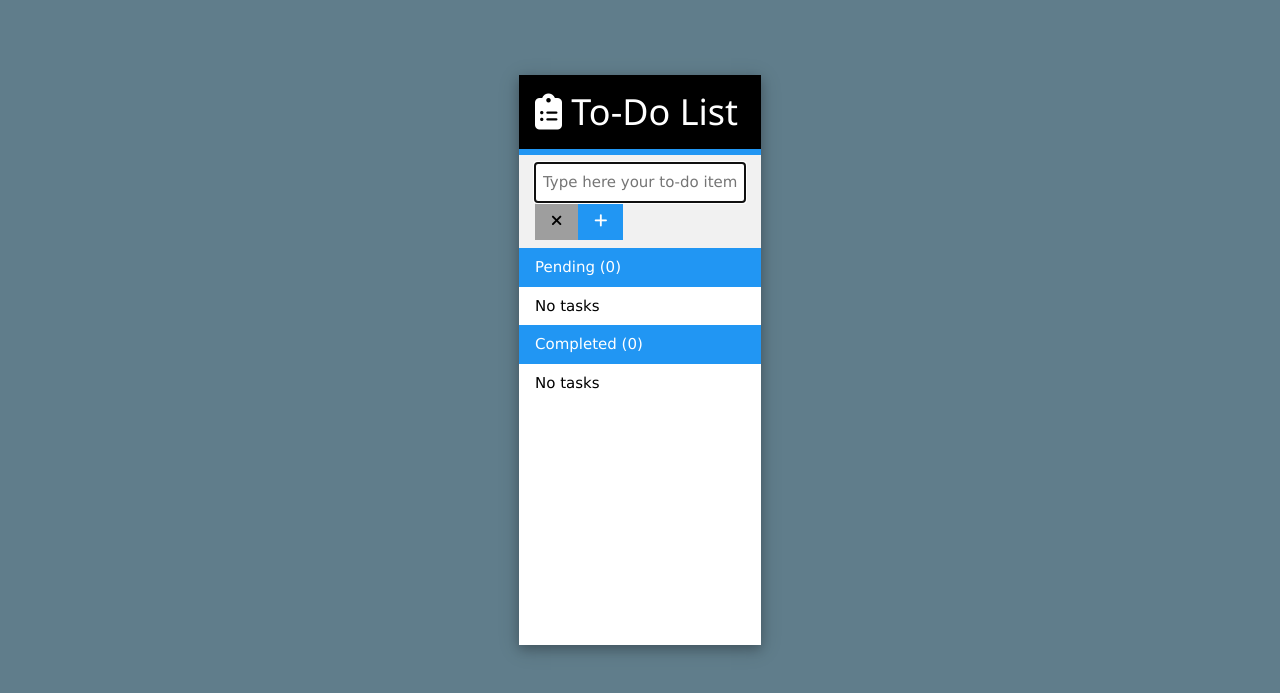
Repository: bclover/vue3-design-patterns-book
Page: /
An editor plug-in stored every save of this project. The page is shown before and after the next save, followed by the edit.
The browser window is 1280 px wide. The pictures show the whole page.
The project was rebuilt for these pictures with package versions that can differ from the ones it lists, and the page was loaded fresh each time. Also part of the build but not shown: vite.config.ts.

Above is the page before, as saved 2023-06-19 21:07:34.

### index.html
<!DOCTYPE html>
<html lang="en">
    <head>
        <meta charset="UTF-8" />
        <link rel="icon" type="image/svg+xml" href="/vite.svg" />
        <link rel="stylesheet" href="/css/w3.css" />
        <link rel="stylesheet" href="/css/fontawesome.min.css" />
        <link rel="stylesheet" href="/css/solid.min.css" />
        <link rel="stylesheet" href="/css/brands.min.css" />
        <meta name="viewport" content="width=device-width, initial-scale=1.0" />
        <title>To Do</title>
    </head>
    <body>
        <div id="app"></div>
        <script type="module" src="/src/main.ts"></script>
    </body>
</html>

### src/App.vue
<script lang="ts" setup>
import ToDos from './components/ToDos.vue';
</script>

<template>
  <div class="app w3-blue-gray">
    <ToDos></ToDos>
  </div>
</template>

<style scoped>
.app {
  display: flex;
  justify-content: center;
  width: 100vw;
  min-height: 100vh;
  padding: 5rem;
}
</style>

### src/components/ToDos.vue
<script lang="ts" setup>
import { computed, ComputedRef, Ref, ref, WritableComputedRef } from 'vue';

interface ToDo {
  id: number;
  text: Ref<string>;
  checked: boolean;
}

const _todo_value = ref('');
const _todo_text: WritableComputedRef<Ref<string>> = computed({
  get: () => _todo_text.value,
  set: (newValue: Ref<string>) => {
    _todo_value.value = newValue.value;
  },
});
const _todo_list: ComputedRef<Array<ToDo>> = computed(() => []);
const _pending = computed(() => {
  return _todo_list.value.filter((todo) => !todo.checked);
});
const _done = computed(() => {
  return _todo_list.value.filter((todo) => todo.checked);
});
function clearToDo(): void {
  _todo_text.value = _todo_value;
}
function addToDo() {
  console.log('addToDo =>');
  const date = new Date();
  const todo: ToDo = {
    id: date.valueOf(),
    text: _todo_text.value,
    checked: false,
  };
  console.log('todo =>', todo);
  console.log('_todo_list.value =>', _todo_list.value);
  _todo_list.value.push(todo);
  console.log('_todo_list.value AFTER =>', _todo_list.value);
  clearToDo();
}
</script>

<template>
  <div class="todo-container w3-white w3-card-4">
    <!-- Header -->
    <div class="w3-container w3-black w3-margin-0 w3-bottombar w3-border-blue">
      <h1>
        <i class="fa-solid fa-clipboard-list"></i>
        To-Do List
      </h1>
    </div>

    <!-- Remove & Add Buttons -->
    <div class="w3-container flex-container w3-light-gray w3-padding">
      <input
        class="w3-input w3-border-0"
        type="text"
        autofocus
        v-model="_todo_text"
        @keyup.enter="addToDo()"
        placeholder="Type here your to-do item..."
      />
      <button class="w3-button w3-gray" @click="clearToDo()">
        <i class="fa-solid fa-times"></i>
      </button>
      <button class="w3-button w3-blue" @click="addToDo()">
        <i class="fa-solid fa-plus"></i>
      </button>
    </div>

    <!-- Pending Todos Heading -->
    <div class="w3-padding w3-blue">Pending ({{ _pending.length }})</div>
    {{ _todo_list.value }}
    <!-- List of Pending Todos -->
    <div class="w3-padding" v-for="todo in _todo_list" :key="todo.id">
      <label>
        <input type="checkbox" v-model="todo.checked" />
        <span class="w3-margin-left">{{ todo.text }}</span>
      </label>
    </div>

    <!-- No Pending Tasks -->
    <div class="w3-padding" v-show="_pending.length == 0">No tasks</div>

    <!-- Completed Todos Heading -->
    <div class="w3-padding w3-blue">Completed ({{ _done.length }})</div>

    <!-- List of Completed Todos -->
    <div class="w3-padding" v-for="todo in _todo_value" :key="todo.id">
      <label>
        <input type="checkbox" v-model="todo.checked" />
        <span class="w3-margin-left">{{ todo.text }}</span>
      </label>
    </div>

    <!-- No Completed Todos -->
    <div class="w3-padding" v-show="_done.length == 0">No tasks</div>
  </div>
</template>

Loaded but not shown: src/main.ts (common file); public/css/w3.css (library); public/css/fontawesome.min.css (library); public/css/solid.min.css (common file); public/css/brands.min.css (library)

After the next save:
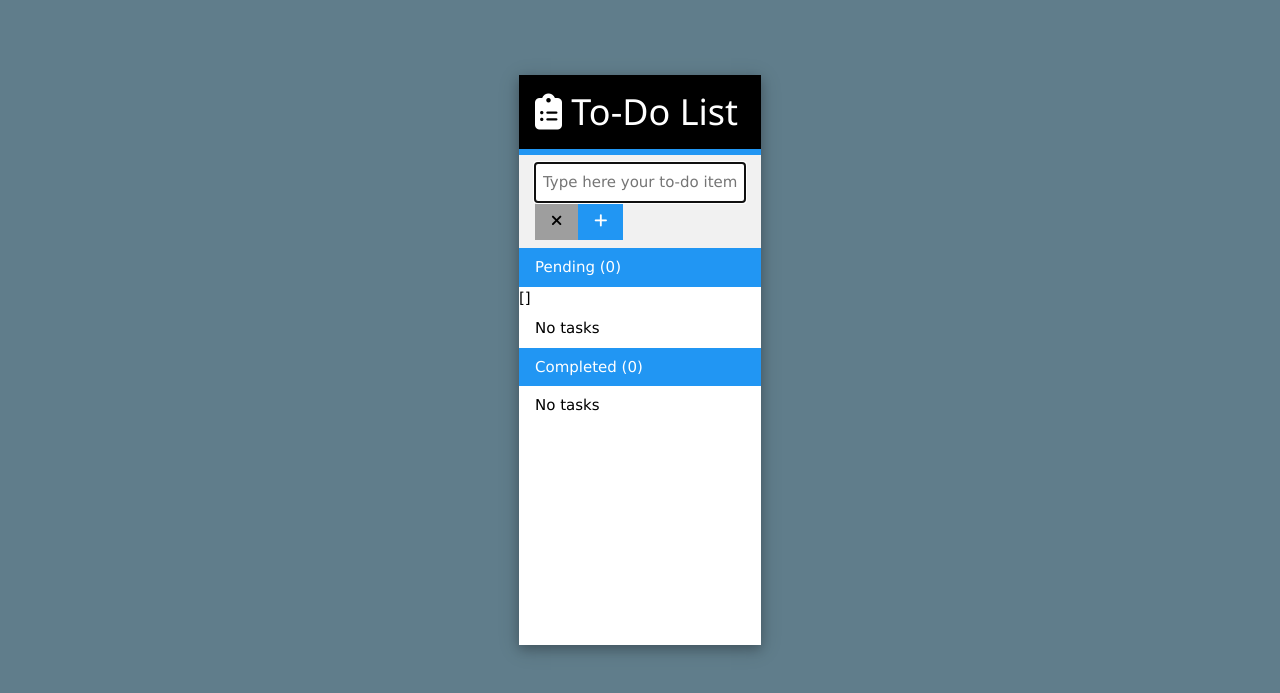
Saved 5 s later.
--- a/src/components/ToDos.vue
+++ b/src/components/ToDos.vue
@@ -70,7 +70,7 @@ function addToDo() {
 
     <!-- Pending Todos Heading -->
     <div class="w3-padding w3-blue">Pending ({{ _pending.length }})</div>
-    {{ _todo_list.value }}
+    {{ _todo_list }}
     <!-- List of Pending Todos -->
     <div class="w3-padding" v-for="todo in _todo_list" :key="todo.id">
       <label>
